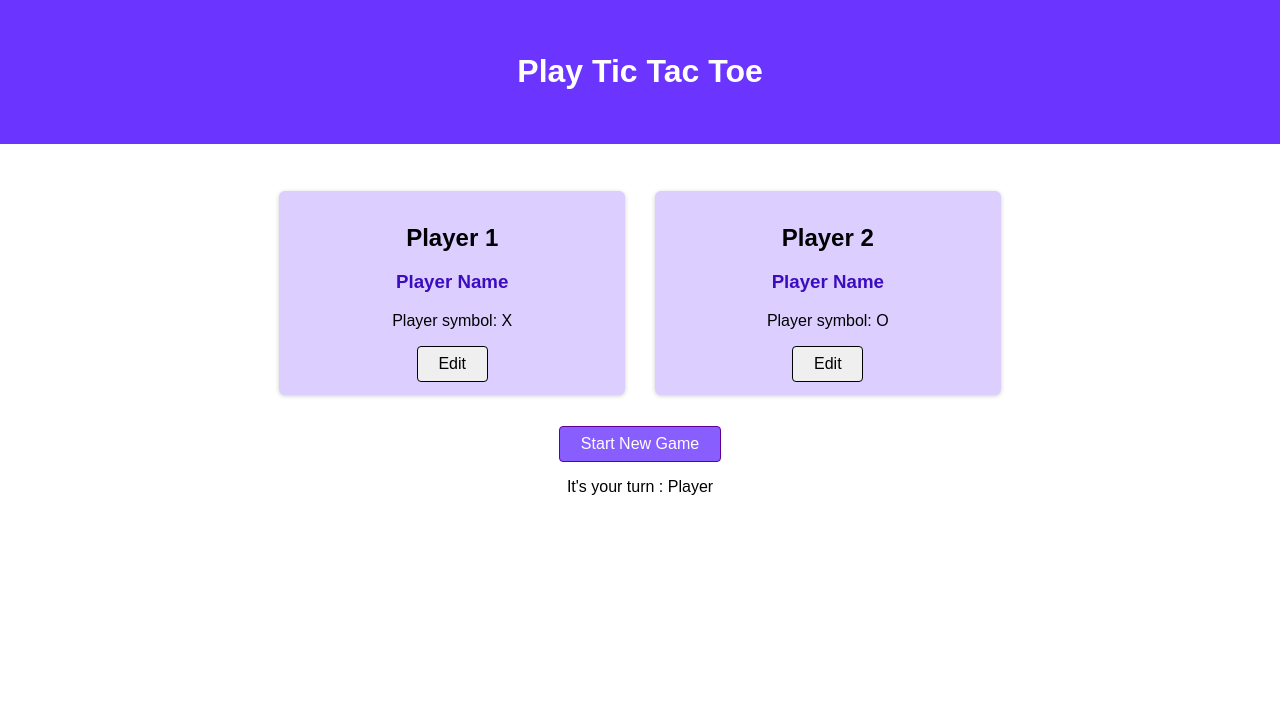
Repository: Harjot00/Wevdev
Page: Tic tac toe/index.html
These files come from the project's save history. The page is drawn as it stood at one moment and after the next save; the edit follows.
The browser window is 1280 px wide. The pictures show the whole page.
Some web fonts or font styles are not loaded; a fallback is used.

Above is the page before, as saved 2022-05-22 14:53:26.

After the next save:
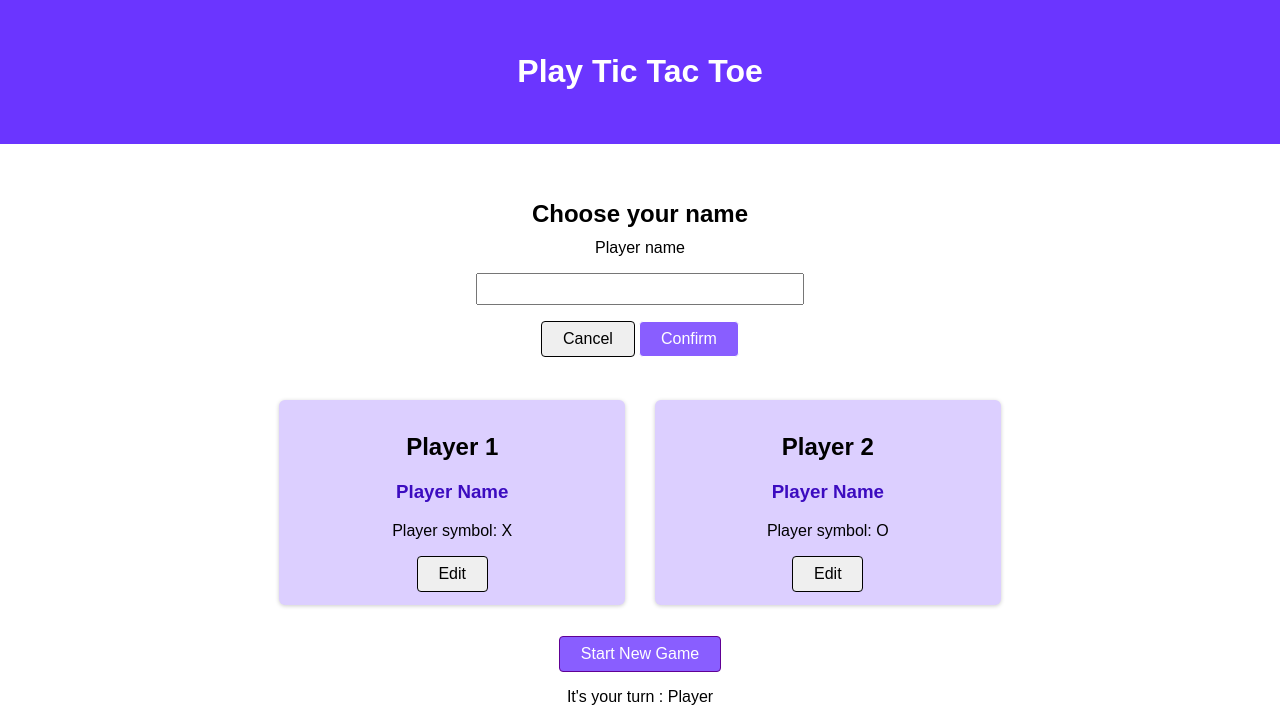
Saved 53 s later.
--- a/Tic tac toe/styles.css
+++ b/Tic tac toe/styles.css
@@ -11,7 +11,7 @@ header{
     color:white;
     text-align: center;
 }
-aside {
+#curtain {
     text-align: center;
     width:100%;
     height:100%;

After the save that followed:
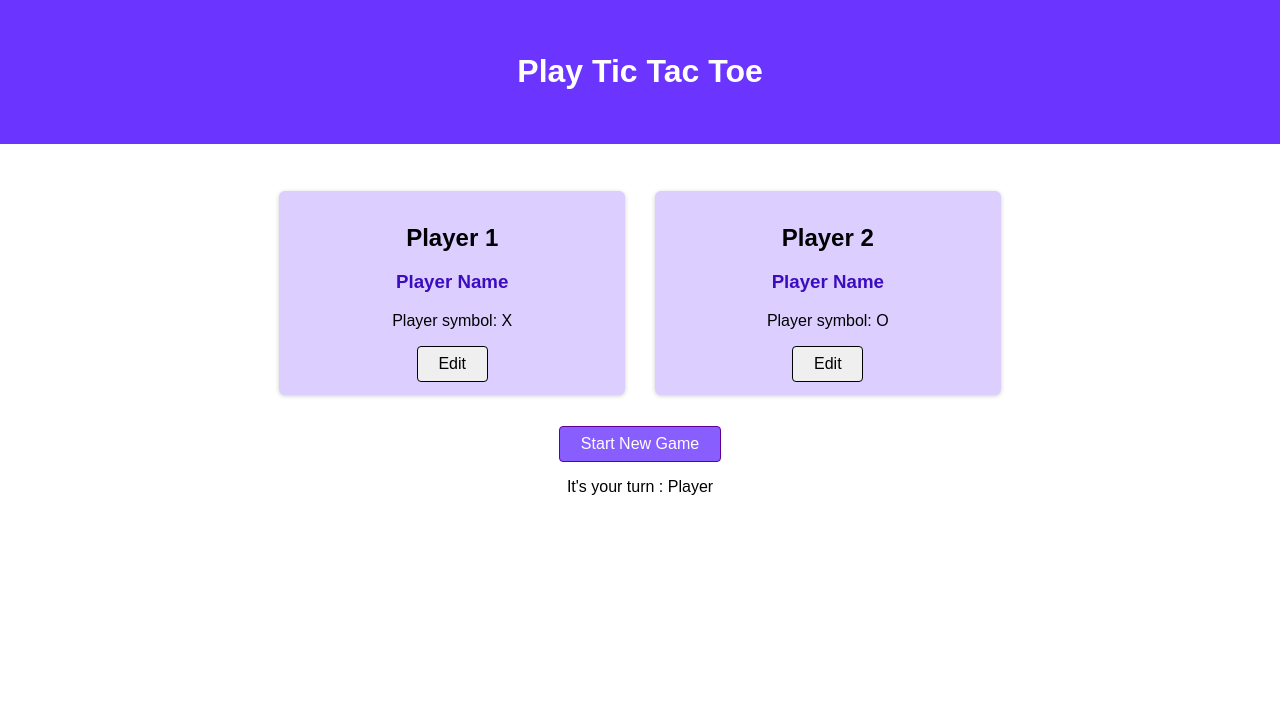
Saved 24 s later.
--- a/Tic tac toe/styles.css
+++ b/Tic tac toe/styles.css
@@ -33,6 +33,9 @@ aside {
     position:relative;
     top:30%;
 
+}
+aside{
+    display:none;
 }
 
 aside div h2{
